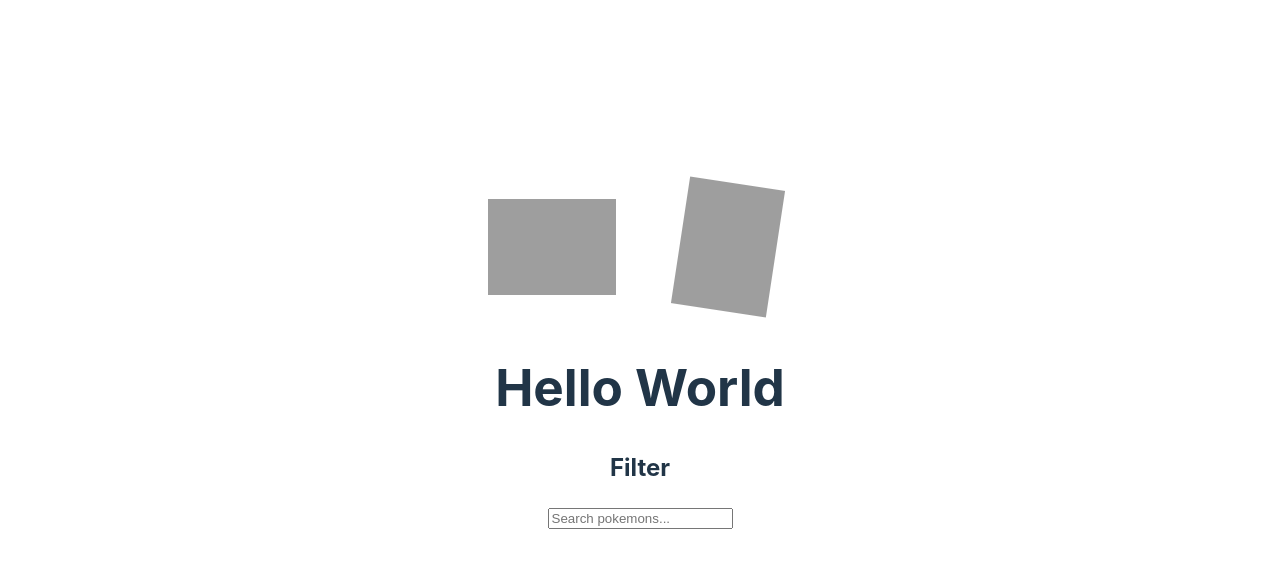
Repository: marianozamora/vite-test-plat
Page: /
An editor plug-in stored every save of this project. The page is shown before and after the next save, followed by the edit.
The browser window is 1280 px wide. The pictures show the whole page.
Pictures or frames that could not be fetched are drawn as grey boxes. The page's requests for data from a server got no answer. The project was rebuilt for these pictures with package versions that can differ from the ones it lists, and the page was loaded fresh each time. No one was signed in, and anything a server would have sent is missing. Also part of the build but not shown: vite.config.js.

Above is the page before, as saved 2023-06-22 13:37:30.

### src/App.jsx
import { useState, useEffect } from 'react'
import reactLogo from './assets/react.svg'
import viteLogo from '/vite.svg'
import './App.css'

//components
import List from './components/List'
import Filter from './components/Filter'

function App() {

  const [value, setValue] = useState('');

  const [pokemons, setPokemons] = useState([]);

	useEffect(() => {
		async function getPokemons() {
			const data = await fetch(import.meta.env.VITE_API_URL).then((response) => response.json());
			setPokemons(data.results);
		}
		getPokemons();
	}, []);

  return (
    <>
      <div>
        <a href="https://vitejs.dev" target="_blank" rel="noreferrer">
          <img src={viteLogo} className="logo" alt="Vite logo" />
        </a>
        <a href="https://react.dev" target="_blank" rel="noreferrer">
          <img src={reactLogo} className="logo react" alt="React logo" />
        </a>
      </div>
      <h1>Hello World</h1>

      <Filter />
      <List data={pokemons} />
    </>
  )
}

export default App

### src/components/List.jsx
/* eslint-disable react/prop-types */
// import { useState } from "react";
// import { useEffect } from "react";

const ListPokemons = ({ data }) => {

	return (
		<ul>
			{data.map((pokemon, index) => (
				<li key={index}>{pokemon.name}</li>
			))}
		</ul>
	);
};

export default ListPokemons;

### src/components/Filter.jsx

const Filter = ({value, onChangeFn}) => {
    return (
        <div className="filter__text">
            <h2>Filter</h2>
            <input type="text" placeholder="Search pokemons..." />
        </div>
    );
}

export default Filter;

Loaded but not shown: index.html (common file); src/main.jsx (common file); src/index.css (common file); src/App.css (common file)

After the next save:
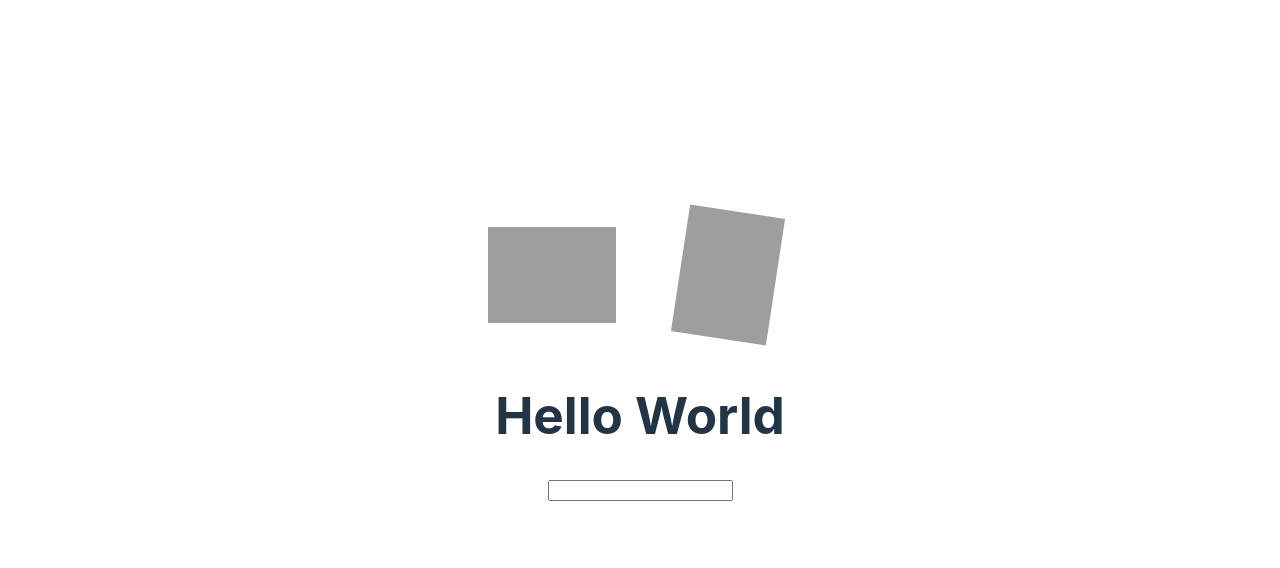
Saved 2 min 29 s later.
--- a/src/App.jsx
+++ b/src/App.jsx
@@ -12,6 +12,10 @@ function App() {
   const [value, setValue] = useState('');
 
   const [pokemons, setPokemons] = useState([]);
+
+  function filterByText(e) {
+    console.log(value);
+  }
 
 	useEffect(() => {
 		async function getPokemons() {
@@ -33,7 +37,9 @@ function App() {
       </div>
       <h1>Hello World</h1>
 
-      <Filter />
+      <input
+        onChange={()=> filterByText(value)}
+      />
       <List data={pokemons} />
     </>
   )
